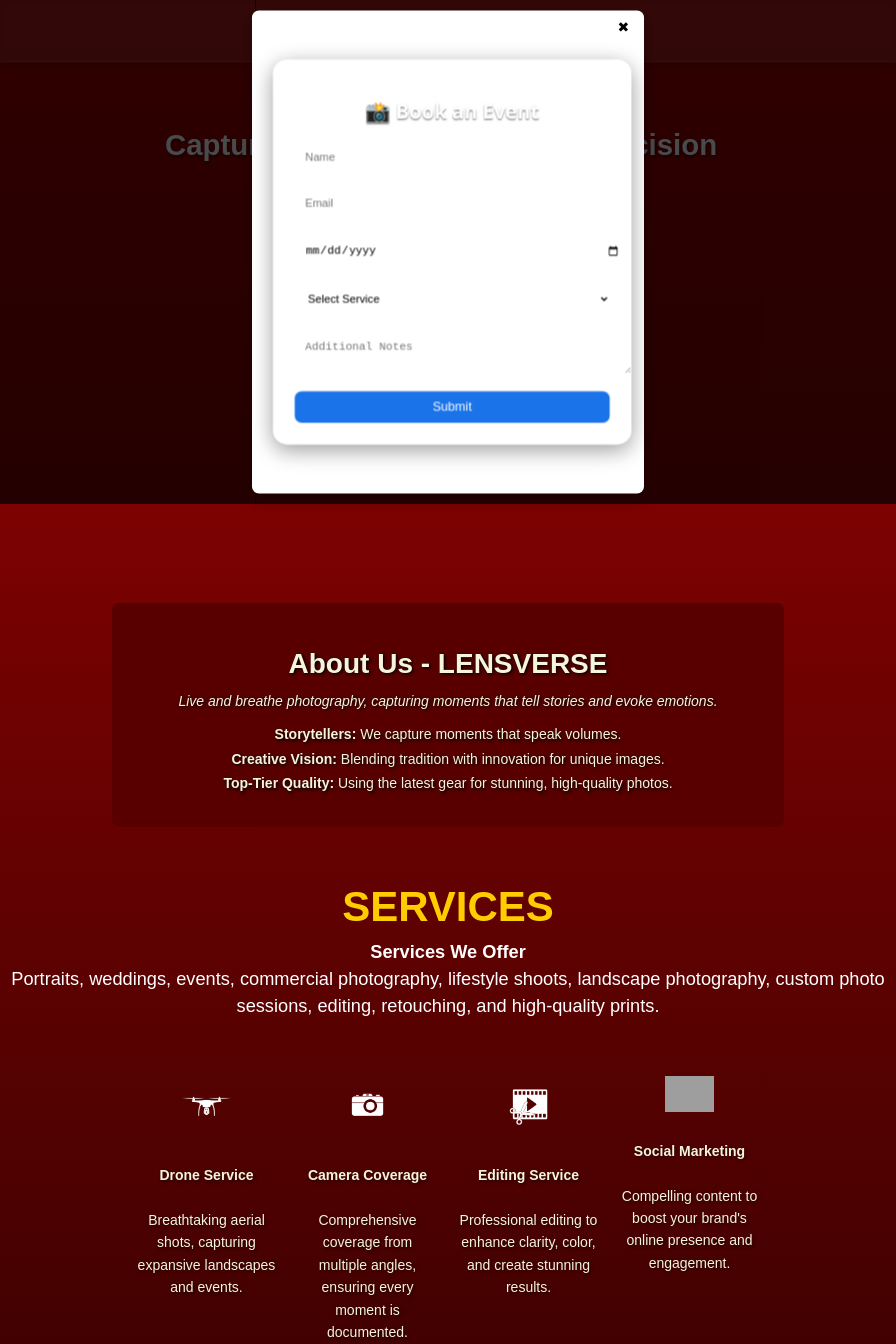
Repository: adithyakiran47/lensverse-frontend
Page: / (app in frontend/), after clicking the first element matching `button`
These files come from the project's save history. The page is drawn as it stood at one moment and after the next save; the edit follows.
The browser window is 1280 px wide. The pictures show the part of the page from y = 0 to 1920 px (the page is 3283 px tall), at 70% of full size.
Pictures or frames that could not be fetched are drawn as grey boxes. The project was rebuilt for these pictures with package versions that can differ from the ones it lists, and the page was loaded fresh each time.

Above is the page before, as saved 2025-06-20 16:52:23.

After the next save:
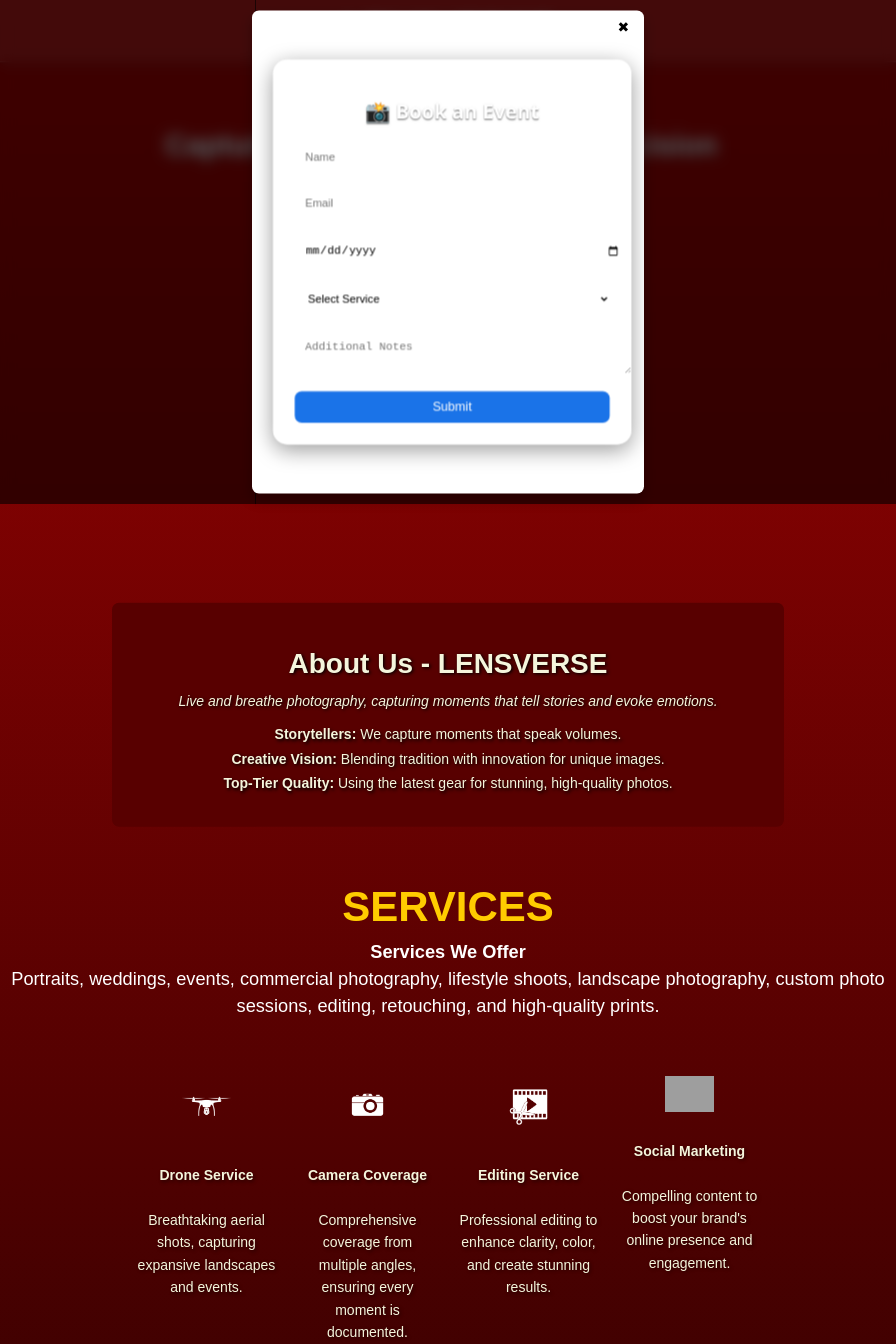
Saved 14 s later.
--- a/frontend/src/components/BookingForm.css
+++ b/frontend/src/components/BookingForm.css
@@ -56,3 +56,17 @@
 .glass-form button:hover {
   background-color: #155ab6;
 }
+
+.popup-backdrop {
+  backdrop-filter: blur(10px);
+  background-color: rgba(0, 0, 0, 0.6); /* dim background */
+  position: fixed;
+  top: 0;
+  left: 0;
+  height: 100%;
+  width: 100%;
+  display: flex;
+  align-items: center;
+  justify-content: center;
+  z-index: 999;
+}
